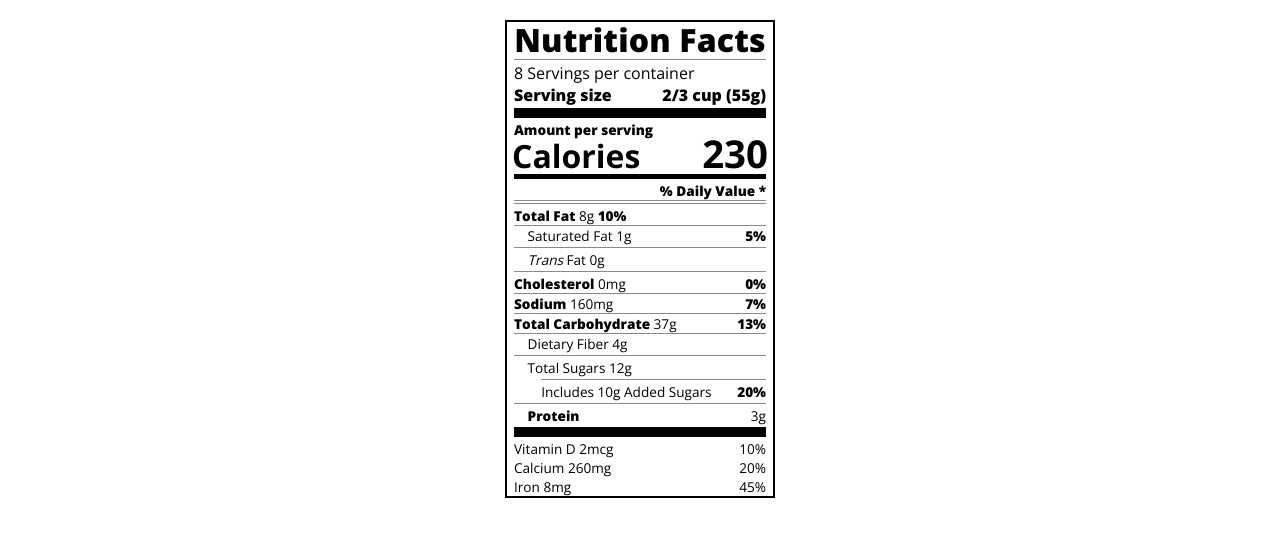
Repository: Lungdjos/typography
Page: index.html
These files come from the project's save history. The page is drawn as it stood at one moment and after the next save; the edit follows.
The browser window is 1280 px wide. The pictures show the whole page.

Above is the page before, as saved 2023-10-28 02:57:30.

### index.html
<!DOCTYPE html>
<html lang="en">

<head>
    <meta charset="UTF-8">
    <meta name="viewport" content="width=device-width, initial-scale=1.0">
    <title>Nutrition Label</title>
    <link rel="stylesheet" href="styles.css">
    <link rel="stylesheet" href="https://fonts.googleapis.com/css?family=Open+Sans:400,700,800">
</head>

<body>
    <div class="label">
        <header>
            <h1 class="bold">Nutrition Facts</h1>
            <div class="divider"></div>
            <p>8 Servings per container</p>
            <p class="bold">Serving size <span>2/3 cup (55g)</span></p>
        </header>
        <div class="divider large"></div>
        <div class="calories-info">
            <div class="left-container">
                <h2 class="bold small-text">Amount per serving</h2>
                <p>Calories</p>
            </div>
            <span>230</span>
        </div>
        <div class="divider medium"></div>
        <div class="daily-value small-text">
            <p class="bold right">% Daily Value *</p>
            <div class="divider"></div>
            <p><span><span class="bold">Total Fat</span> 8g <span class="bold">10%</span></span>
            </p>
            <p class="indent no-divider">Saturated Fat 1g <span class="bold">5%</span></p>
            <div class="divider"></div>
            <p class="indent no-divider"><span><i>Trans</i> Fat 0g</span></p>
            <div class="divider"></div>
            <p><span><span class="bold">Cholesterol </span> 0mg</span> <span class="bold">0%</span></p>
            <p><span><span class="bold">Sodium</span> 160mg</span> <span class="bold">7%</span></p>
            <p><span><span class="bold">Total Carbohydrate</span> 37g</span> <span class="bold">13%</span></p>
            <p class="indent no-divider">Dietary Fiber 4g</p>
            <div class="divider"></div>
            <p class="indent no-divider">Total Sugars 12g</p>
            <div class="divider double-indent"></div>
            <p class="double-indent no-divider">Includes 10g Added Sugars <span class="bold">20%</span></p>
            <div class="divider"></div>
            <p class="indent no-divider"><span class="bold">Protein</span> 3g</p>
            <div class="divider large"></div>
            <p class="no-divider">Vitamin D 2mcg<span class="">10%</span></p>
            <p class="no-divider"> Calcium 260mg<span class="">20%</span></p>
            <p class="no-divider">Iron 8mg <span class="">45%</span></p>
        </div>
    </div>

</body>

</html>

### styles.css
body {
    font-family: "Open Sans", sans-serif;
}

html {
    font-size: 16px;
}

.label {
    border: 2px solid black;
    width: 270px;
    margin: 20px auto;
    padding: 0 7px;
}

* {
    box-sizing: border-box;
}

header h1 {
    text-align: center;
    margin: -4px 0;
    letter-spacing: .15PX;
}

p {
    margin: 0;
    display: flex;
    justify-content: space-between;
}

.divider {
    border-bottom: 1px solid #888989;
    margin: 2px 0;
}

.bold {
    font-weight: 800;
}

.large {
    height: 10px;
}

.large,
.medium {
    background-color: black;
    border: 0;
}

.small-text {
    font-size: .85rem;
}

.calories-info h2 {
    margin: 0;
}

.calories-info {
    display: flex;
    justify-content: space-between;
    align-items: flex-end;
}

.left-container p {
    margin: -5px -2px;
    font-size: 2em;
    font-weight: 700;
}

.calories-info span {
    font-size: 2.4em;
    font-weight: 700;
    margin: -7px -2px;
}

.medium {
    height: 5px;
}

.right {
    justify-content: flex-end;
}

.indent {
    margin-left: 1em;
}

.daily-value p:not(.no-divider) {
    border-bottom: 1px solid #888989;
}

.double-indent {
    margin-left: 2em;
}

After the next save:
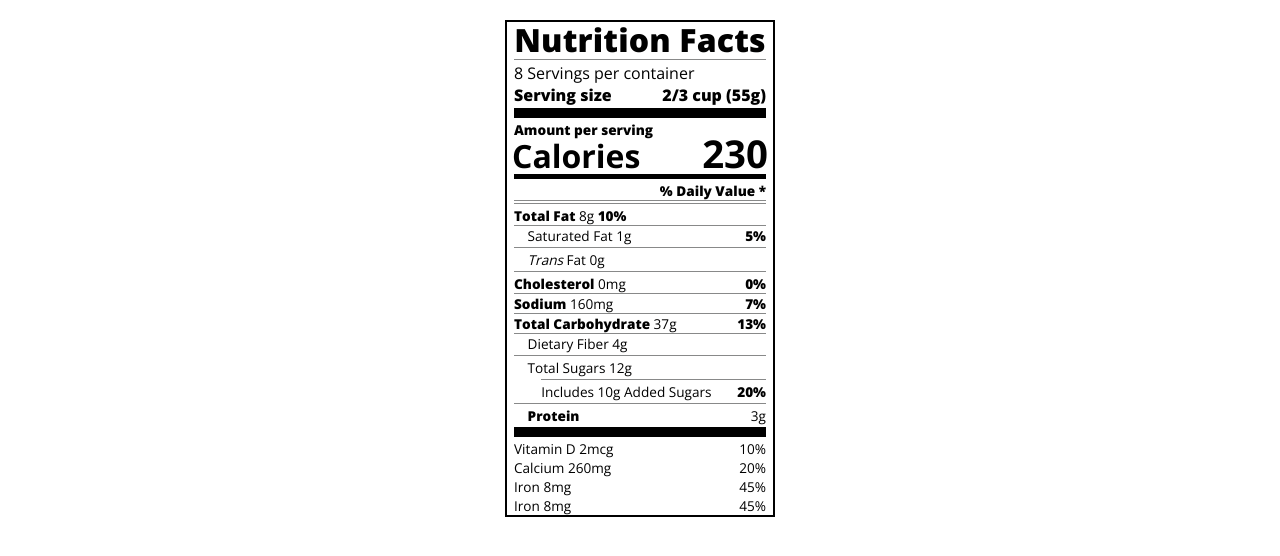
Saved 66 s later.
--- a/index.html
+++ b/index.html
@@ -49,6 +49,7 @@
             <p class="no-divider">Vitamin D 2mcg<span class="">10%</span></p>
             <p class="no-divider"> Calcium 260mg<span class="">20%</span></p>
             <p class="no-divider">Iron 8mg <span class="">45%</span></p>
+            <p class="no-divider">Iron 8mg <span class="">45%</span></p>
         </div>
     </div>
 
